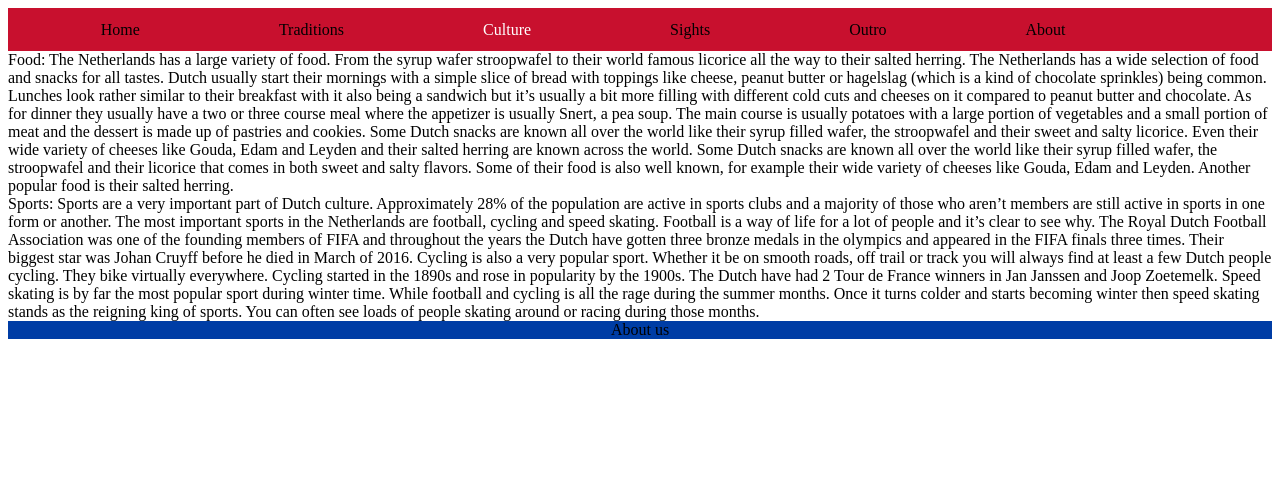
Repository: Cornman63/The-netherlands
Page: culture.html
These files come from the project's save history. The page is drawn as it stood at one moment and after the next save; the edit follows.
The browser window is 1280 px wide. The pictures show the whole page.

Above is the page before, as saved 2023-05-17 13:03:59.

### culture.html
<!DOCTYPE html>
<html lang="en">
<head>
    <meta charset="UTF-8">
    <meta http-equiv="X-UA-Compatible" content="IE=edge">
    <meta name="viewport" content="width=device-width, initial-scale=1.0">
    <link rel="stylesheet" href="style.css">
    <title>Visit the Netherlands</title>

</head>
<body>
    <div class="top">
        <div class="site"><a href="index.html" style="color: black" class="link">Home</a></div>
        <div class="site"><a href="traditions.html" style="color:black" class="link">Traditions</a></div>
        <div class="site"><a href="culture.html" style="color: white" class="link">Culture</a></div>
        <div class="site"><a href="sights.html" style="color:black" class="link">Sights</a></div>
        <div class="site"><a href="outro.html" style="color:black" class="link">Outro</a></div>
        <div class="site"><a href="about.html" style="color:black" class="link">About</a></div>
    </div>
    <div class="text">
        <div class="food">
            Food:

            The Netherlands has a large variety of food. From the syrup wafer stroopwafel to their world famous licorice all the way to their salted herring. The Netherlands has a wide selection of food and snacks for all tastes.

            Dutch usually start their mornings with a simple slice of bread with toppings like cheese, peanut butter or hagelslag (which is a kind of chocolate sprinkles) being common. Lunches look rather similar to their breakfast with it also being a sandwich but it’s usually a bit more filling with different cold cuts and cheeses on it compared to peanut butter and chocolate. As for dinner they usually have a two or three course meal where the appetizer is usually Snert, a pea soup. The main course is usually potatoes with a large portion of vegetables and a small portion of meat and the dessert is made up of pastries and cookies.

            Some Dutch snacks are known all over the world like their syrup filled wafer, the stroopwafel and their sweet and salty licorice. Even their wide variety of cheeses like Gouda, Edam and Leyden and their salted herring are known across the world.

            Some Dutch snacks are known all over the world like their syrup filled wafer, the stroopwafel and their licorice that comes in both sweet and salty flavors. Some of their food is also well known, for example their wide variety of cheeses like Gouda, Edam and Leyden. Another popular food is their salted herring.
        </div>
        <div class="sports">
            Sports:

            Sports are a very important part of Dutch culture. Approximately 28% of the population are active in sports clubs and a majority of those who aren’t members are still active in sports in one form or another. The most important sports in the Netherlands are football, cycling and speed skating.

            Football is a way of life for a lot of people and it’s clear to see why. The Royal Dutch Football Association was one of the founding members of FIFA and throughout the years the Dutch have gotten three bronze medals in the olympics and appeared in the FIFA finals three times. Their biggest star was Johan Cruyff before he died in March of 2016.

            Cycling is also a very popular sport. Whether it be on smooth roads, off trail or track you will always find at least a few Dutch people cycling. They bike virtually everywhere. Cycling started in the 1890s and rose in popularity by the 1900s. The Dutch have had 2 Tour de France winners in Jan Janssen and Joop Zoetemelk.

            Speed skating is by far the most popular sport during winter time. While football and cycling is all the rage during the summer months. Once it turns colder and starts becoming winter then speed skating stands as the reigning king of sports. You can often see loads of people skating around or racing during those months.

        </div>
        <div class="socialeq">

        </div>
    </div>
    <div class="bottom">
        About us
    </div>
</body>
</html>

### style.css
.top, .bottom {
    display: flex;
    flex-direction: row;
    justify-content: center;
    align-content:center;
    background-color:#C8102E;
}
.bottom{
    background-color: #003DA5;
}

.site {
    display: flex;
    border: 1%;
    margin: 1%;
    margin-right: 10%;
    align-content: center;
}
.link {
    text-decoration: none;
}

After the next save:
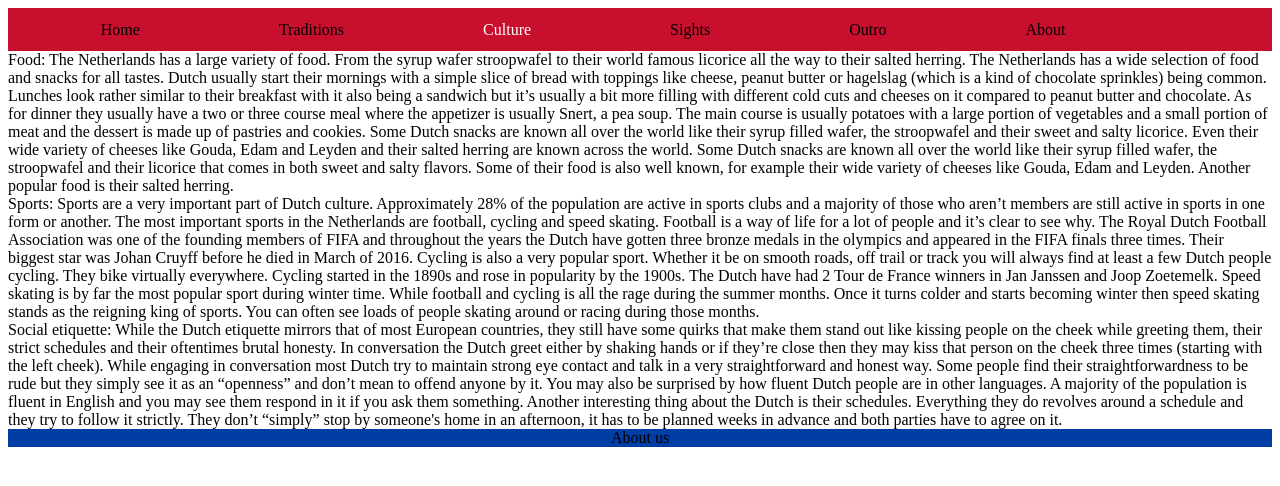
Saved 27 s later.
--- a/culture.html
+++ b/culture.html
@@ -42,6 +42,14 @@
 
         </div>
         <div class="socialeq">
+            Social etiquette:
+
+            While the Dutch etiquette mirrors that of most European countries, they still have some quirks that make them stand out like kissing people on the cheek while greeting them, their strict schedules and their oftentimes brutal honesty.
+
+            In conversation the Dutch greet either by shaking hands or if they’re close then they may kiss that person on the cheek three times (starting with the left cheek). While engaging in conversation most Dutch try to maintain strong eye contact and talk in a very straightforward and honest way. Some people find their straightforwardness to be rude but they simply see it as an “openness” and don’t mean to offend anyone by it. You may also be surprised by how fluent Dutch people are in other languages. A majority of the population is fluent in English and you may see them respond in it if you ask them something.
+
+            Another interesting thing about the Dutch is their schedules. Everything they do revolves around a schedule and they try to follow it strictly. They don’t “simply” stop by someone's home in an afternoon, it has to be planned weeks in advance and both parties have to agree on it.
+
 
         </div>
     </div>
